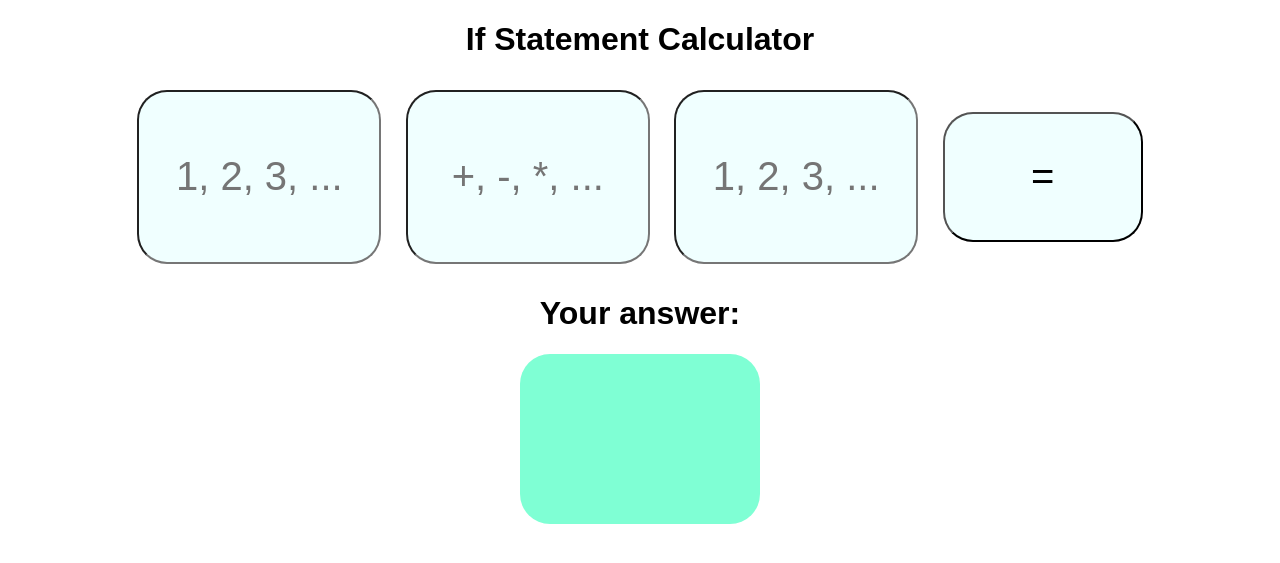
Repository: WesleyErasmus/threeInputCalculator
Page: html/if-calculator.html
An editor plug-in stored every save of this project. The page is shown before and after a run of saves, followed by the edit.
The browser window is 1280 px wide. The pictures show the whole page.

Above is the page before, as saved 2022-04-27 22:22:40.

### html/if-calculator.html
<!DOCTYPE html>
<html lang="en">
<head>
    <meta charset="UTF-8">
    <meta http-equiv="X-UA-Compatible" content="IE=edge">
    <meta name="viewport" content="width=device-width, initial-scale=1.0">
    <title>JS If Calculator</title>
    <link rel="stylesheet" href="/css/stylesheet.css">
    <script src="/js/if-calculator.js"></script>

</head>
<body>

<center>
    <form onsubmit="return false;">
        <h1>If Statement Calculator</h1>
        <!-- <div class="inputField"> -->
        <!-- <label for="input1">Enter a number</label> -->
         <input id="input1" type="text" name = "input1" placeholder="1, 2, 3, ..."> <!-- input-1 -->
        </div>
        <!-- <div class="inputField"> -->
         <!-- <label for="input3">Enter operator</label> -->
         <input id="input3" type="text" name = "input3" placeholder="+, -, *, ..."> <!-- input-3 (operator) -->
        </div>
        <!-- <div class="inputField"> -->
         <!-- <label for="input2">Enter a number </label> -->
         <input id="input2" type="text" name = "input2" placeholder="1, 2, 3, ..."> <!-- input-2 -->
        </div>
         <button onclick="sum()">=</button>
         <h1>Your answer:</h1>
         <p id="output"></p>
    </form>
</center>
</body>
</html>

### css/stylesheet.css
body {
font-family: sans-serif;
}
form {
display: block;
margin: 0 auto;
}
input {
    background-color: azure;
    width: 200px;
    height: 130px;
    padding: 20px;
    margin: 10px;
    text-align: center;
    font-size: 40px;
    border-radius: 30px;
}
button {
    background-color: azure;
    width: 200px;
    height: 130px;
    padding: 0;
    margin: 10px;
    font-size: 40px;
    border-radius: 30px;
}
p {
    text-align: center !important;
    vertical-align: middle !important;
    margin: 10px;
    width: 200px;
    height: 130px;
    padding: 20px;
    font-size: 75px;
    border-radius: 30px;
    background-color: aquamarine;
}

### js/if-calculator.js
function sum() {
const num1 = document.getElementById("input1").value;
const num2 = document.getElementById("input2").value;
const operator = document.getElementById("input3").value;
const output = document.getElementById("output").value;
  let answer;
  document.getElementById("output").value;
  if (operator == '+') {
    answer = +num1 + +num2;
    document.getElementById("output").innerHTML = answer;
  } else if (operator == '-') {
    answer = num1 - num2;
    document.getElementById("output").innerHTML = answer;
  } else if (operator == '*') {
    answer = num1 * num2;
    document.getElementById("output").innerHTML = answer;
  } else {
    answer = num1 / num2;
    document.getElementById("output").innerHTML = answer;
  }console.log(answer);
}

After the next 2 saves:
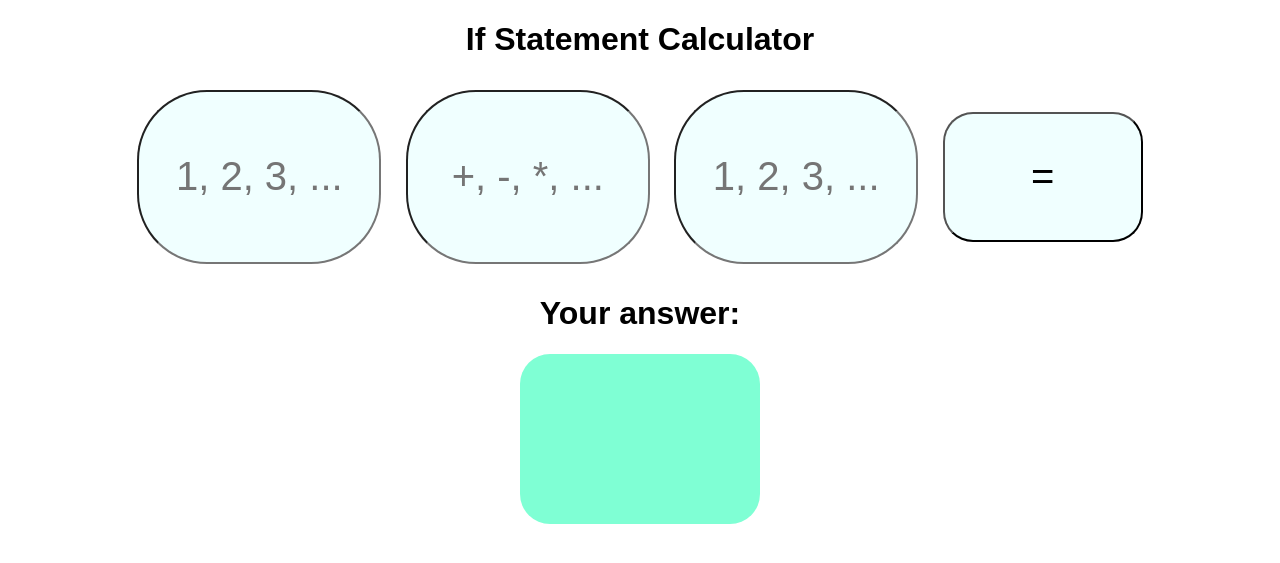
The 2 saves are shown as one change because they came seconds apart.
The last was saved 15 s later.
--- a/css/stylesheet.css
+++ b/css/stylesheet.css
@@ -13,7 +13,7 @@ input {
     margin: 10px;
     text-align: center;
     font-size: 40px;
-    border-radius: 30px;
+    border-radius: 70px;
 }
 button {
     background-color: azure;
